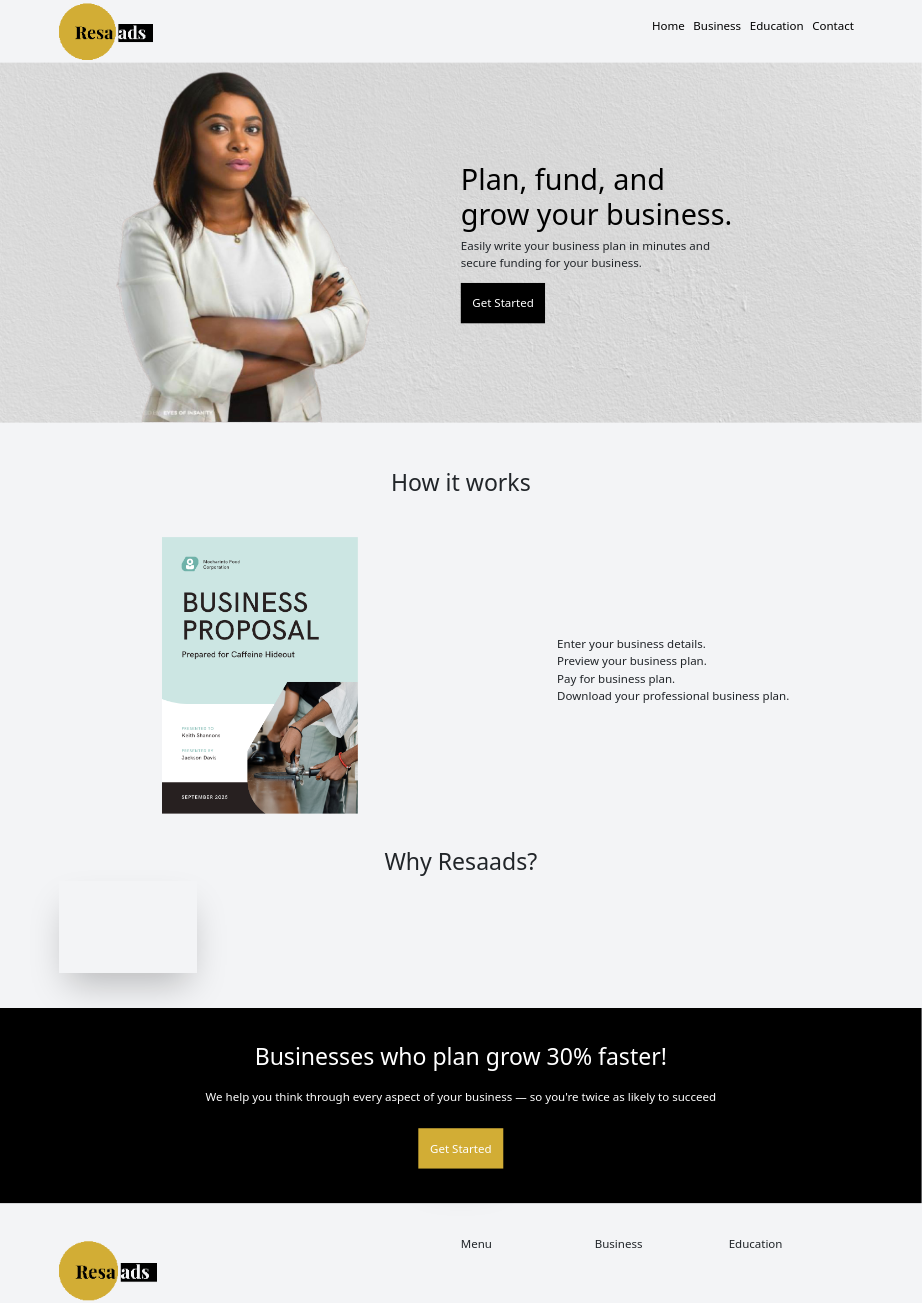
Repository: latenightsnacc/resaads-consults
Page: index.html
The author's editor kept a copy of each file at every save. The page is drawn from the files as they stood at one save, then again after the next save.
The browser window is 1280 px wide. The pictures show the whole page, at 72% of full size.
Some web libraries are served in a nearby version.

Above is the page before, as saved 2021-08-05 12:09:08.

After the next save:
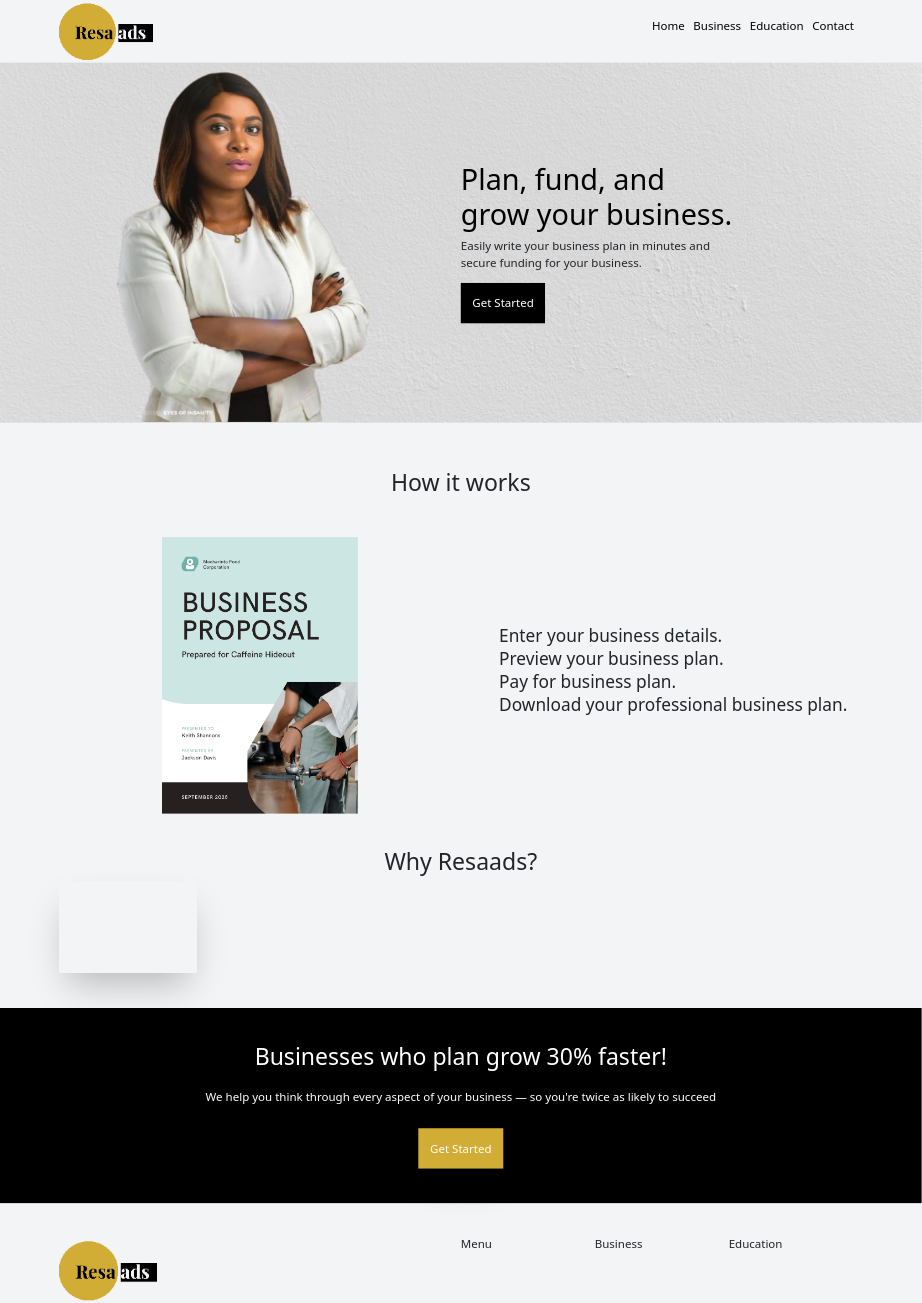
Saved 16 s later.
--- a/index.html
+++ b/index.html
@@ -89,7 +89,7 @@
                     </div>
                     <div class="w-1/2 ">
                         <div class="flex h-full flex-col items-center justify-center">
-                            <ol>
+                            <ol class="text-2xl">
                                 <li>Enter your business details.</li>
                                 <li>Preview your business plan.</li>
                                 <li>Pay for business plan.</li>
